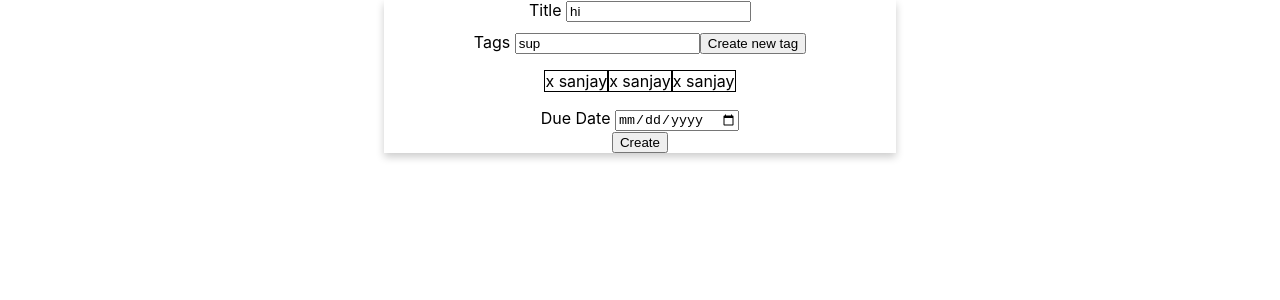
Repository: sanjayMamidipaka/reactappbits
Page: /
The author's editor kept a copy of each file at every save. The page is drawn from the files as they stood at one save, then again after a run of saves.
The browser window is 1280 px wide. The pictures show the whole page.
The project was rebuilt for these pictures with package versions that can differ from the ones it lists, and the page was loaded fresh each time.

Above is the page before, as saved 2022-01-18 12:04:38.

After the next 6 saves:
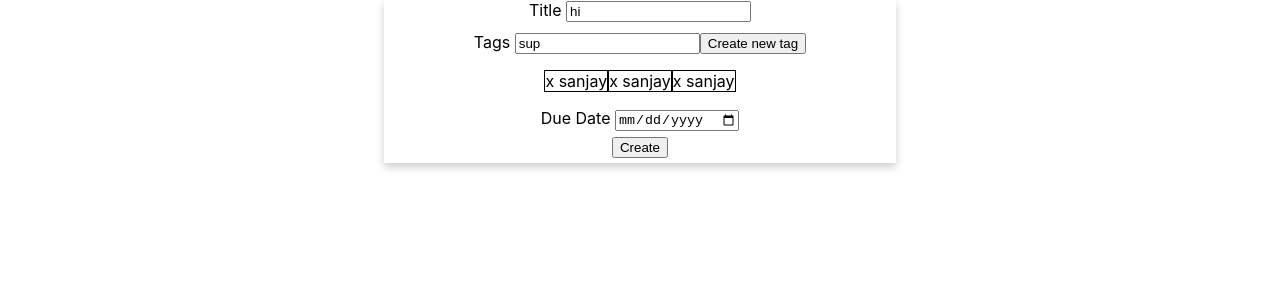
The 6 saves are shown as one change because 1 did not build or start and some came seconds apart.
The last was saved 22 s later.
--- a/src/components/TodoList.tsx
+++ b/src/components/TodoList.tsx
@@ -79,7 +79,7 @@ export default function TodoList() {
           onChange={(e) => setEmail(e.target.value)}
         />
 
-        <div>
+        <div style={{padding: '5px'}}>
           <button type='submit'>Create</button>
         </div>
 
